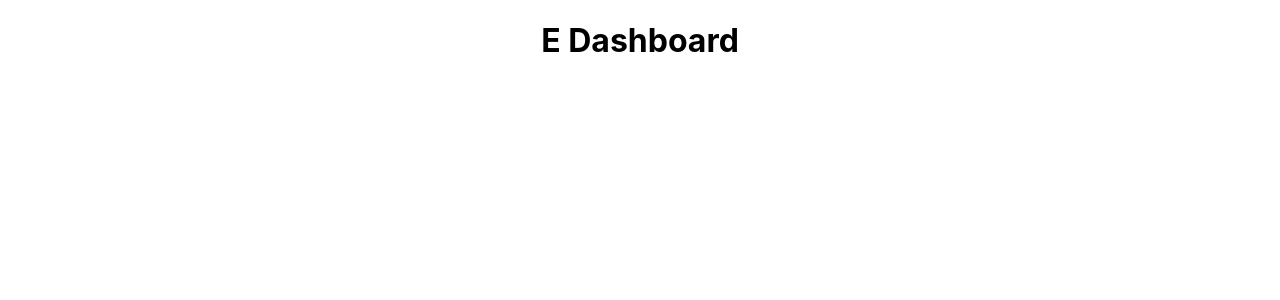
Repository: ShahbazGurmani/react-code-e-dashboard
Page: /add
These files come from the project's save history. The page is drawn as it stood at one moment and after the next save; the edit follows.
The browser window is 1280 px wide. The pictures show the whole page.
The project was rebuilt for these pictures with package versions that can differ from the ones it lists, and the page was loaded fresh each time.

Above is the page before, as saved 2023-08-23 00:49:25.

### src/App.js

import './App.css';

function App() {
  return (
    <div className="App">

        <h1>E Dashboard</h1>

    </div>
  );
}

export default App;

### src/Nav.js
import React from "react";

const Nav = ()=>{
    return(
        <div>
            <ul>
               <li>Home Page</li>
            </ul>
        </div>
    )

}

export default Nav;

Loaded but not shown: public/index.html (common file); src/index.js (common file); src/index.css (common file); src/reportWebVitals.js (common file); src/App.css (common file)

After the next save:
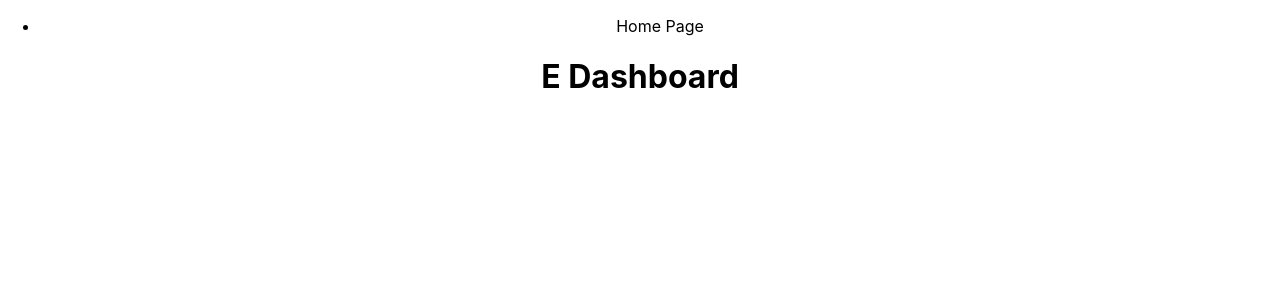
Saved 33 s later.
--- a/src/App.js
+++ b/src/App.js
@@ -1,10 +1,11 @@
 
 import './App.css';
+import Nav from './Nav';
 
 function App() {
   return (
     <div className="App">
-
+        <Nav/>
         <h1>E Dashboard</h1>
 
     </div>
